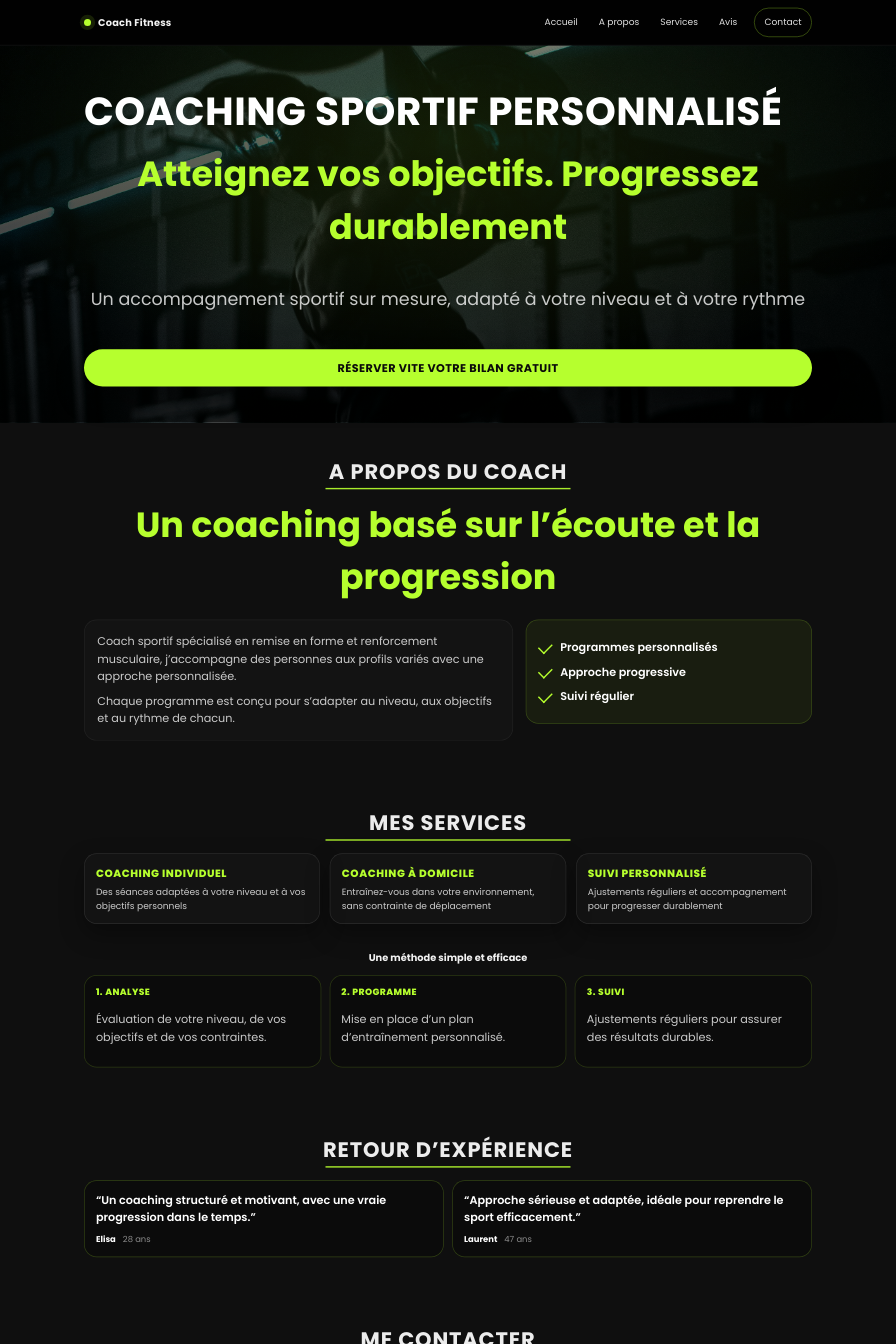
Repository: ThomasHdrd/CoachFitness
Page: index.html
These files come from the project's save history. The page is drawn as it stood at one moment and after a run of saves; the edit follows.
The browser window is 1280 px wide. The pictures show the part of the page from y = 0 to 1920 px (the page is 3549 px tall before and 3153 px after), at 70% of full size.

Above is the page before, as saved 2026-01-20 22:06:58.

### index.html
<!doctype html>
<html lang="fr">
<head>
  <meta charset="utf-8" />
  <meta name="viewport" content="width=device-width, initial-scale=1" />
  <title>Coach Fitness — Landing Page</title>

  <!-- Poppins -->
  <link rel="preconnect" href="https://fonts.googleapis.com">
  <link rel="preconnect" href="https://fonts.gstatic.com" crossorigin>
  <link href="https://fonts.googleapis.com/css2?family=Poppins:wght@300;400;500;600;700;800&display=swap" rel="stylesheet">

  <link rel="stylesheet" href="styles.css" />
</head>
<body>
  <!-- Header -->
  <header class="site-header" id="top">
    <div class="container header-inner">
      <a class="brand" href="#top" aria-label="Retour en haut">
        <span class="brand-dot" aria-hidden="true"></span>
        <span class="brand-text">Coach Fitness</span>
      </a>

      <button class="nav-toggle" aria-controls="site-nav" aria-expanded="false">
        <span class="sr-only">Ouvrir le menu</span>
        <span class="burger" aria-hidden="true"></span>
      </button>

      <nav class="site-nav" id="site-nav" aria-label="Navigation principale">
        <a class="nav-link" href="#accueil">Accueil</a>
        <a class="nav-link" href="#apropos">A propos</a>
        <a class="nav-link" href="#services">Services</a>
        <a class="nav-link" href="#avis">Avis</a>
        <a class="nav-link nav-cta" href="#contact">Contact</a>
      </nav>
    </div>
  </header>

  <main>
    <!-- HERO -->
    <section class="hero" id="accueil">
      <div class="hero-overlay" aria-hidden="true"></div>
      <div class="container hero-content">
        <p class="hero-kicker">Coaching sportif personnalisé</p>
        <h1 class="hero-title accent">Atteignez vos objectifs. Progressez durablement</h1>
        <p class="hero-subtitle">
          Un accompagnement sportif sur mesure, adapté à votre niveau et à votre rythme
        </p>
        <a class="btn btn-primary" href="#contact">RÉSERVER VITE VOTRE BILAN GRATUIT</a>
      </div>
    </section>

    <!-- A PROPOS -->
    <section class="section" id="apropos">
      <div class="container">
        <h2 class="section-title">A PROPOS DU COACH</h2>
        <h3 class="section-lead accent">Un coaching basé sur l’écoute et la progression</h3>

        <div class="about-grid">
          <div class="about-text">
            <p class="muted">
              Coach sportif spécialisé en remise en forme et renforcement musculaire, j’accompagne des personnes aux profils variés
              avec une approche personnalisée.
            </p>
            <p class="muted">
              Chaque programme est conçu pour s’adapter au niveau, aux objectifs et au rythme de chacun.
            </p>
          </div>

          <ul class="checks">
            <li>Programmes personnalisés</li>
            <li>Approche progressive</li>
            <li>Suivi régulier</li>
          </ul>
        </div>
      </div>
    </section>

    <!-- SERVICES -->
    <section class="section" id="services">
      <div class="container">
        <h2 class="section-title">MES SERVICES</h2>

        <div class="cards">
          <article class="card">
            <h3 class="card-title accent">COACHING INDIVIDUEL</h3>
            <p class="card-text">Des séances adaptées à votre niveau et à vos objectifs personnels</p>
          </article>

          <article class="card">
            <h3 class="card-title accent">COACHING À DOMICILE</h3>
            <p class="card-text">Entraînez-vous dans votre environnement, sans contrainte de déplacement</p>
          </article>

          <article class="card">
            <h3 class="card-title accent">SUIVI PERSONNALISÉ</h3>
            <p class="card-text">Ajustements réguliers et accompagnement pour progresser durablement</p>
          </article>
        </div>

        <div class="method">
          <h3 class="method-title">Une méthode simple et efficace</h3>

          <div class="method-steps">
            <div class="step">
              <div class="step-num accent">1. ANALYSE</div>
              <p class="muted">Évaluation de votre niveau, de vos objectifs et de vos contraintes.</p>
            </div>
            <div class="step">
              <div class="step-num accent">2. PROGRAMME</div>
              <p class="muted">Mise en place d’un plan d’entraînement personnalisé.</p>
            </div>
            <div class="step">
              <div class="step-num accent">3. SUIVI</div>
              <p class="muted">Ajustements réguliers pour assurer des résultats durables.</p>
            </div>
          </div>
        </div>
      </div>
    </section>

    <!-- AVIS -->
    <section class="section" id="avis">
      <div class="container">
        <h2 class="section-title">RETOUR D’EXPÉRIENCE</h2>

        <div class="testimonials">
          <figure class="testimonial">
            <blockquote>
              “Un coaching structuré et motivant, avec une vraie progression dans le temps.”
            </blockquote>
            <figcaption>
              <span class="name">Elisa</span>
              <span class="meta">28 ans</span>
            </figcaption>
          </figure>

          <figure class="testimonial">
            <blockquote>
              “Approche sérieuse et adaptée, idéale pour reprendre le sport efficacement.”
            </blockquote>
            <figcaption>
              <span class="name">Laurent</span>
              <span class="meta">47 ans</span>
            </figcaption>
          </figure>
        </div>
      </div>
    </section>

    <!-- CONTACT -->
    <section class="section" id="contact">
      <div class="container">
        <h2 class="section-title">ME CONTACTER</h2>
        <p class="contact-lead accent">
          Vous souhaitez démarrer un accompagnement ou poser une question ?<br />
          N’hésitez pas à me contacter.
        </p>

        <form class="form" id="contactForm" novalidate>
          <div class="field">
            <label for="nom">Nom</label>
            <input id="nom" name="nom" type="text" autocomplete="family-name" required />
            <small class="error" data-error-for="nom"></small>
          </div>

          <div class="field">
            <label for="prenom">Prénom</label>
            <input id="prenom" name="prenom" type="text" autocomplete="given-name" required />
            <small class="error" data-error-for="prenom"></small>
          </div>

          <div class="field">
            <label for="email">Email</label>
            <input id="email" name="email" type="email" autocomplete="email" required />
            <small class="error" data-error-for="email"></small>
          </div>

          <div class="field">
            <label for="message">Message</label>
            <textarea id="message" name="message" rows="5" required></textarea>
            <small class="error" data-error-for="message"></small>
          </div>

          <button class="btn btn-primary btn-wide" type="submit">ENVOYER</button>
          <p class="form-note muted" id="formStatus" role="status" aria-live="polite"></p>
        </form>
      </div>
    </section>

    <!-- FAQ -->
    <section class="section" id="faq">
      <div class="container">
        <h2 class="section-title">QUESTIONS FRÉQUENTES</h2>

        <div class="faq">
          <details class="faq-item" open>
            <summary>À qui s’adresse le coaching ?</summary>
            <div class="faq-body muted">
              Le coaching s’adresse à toute personne souhaitant reprendre le sport, améliorer sa condition physique ou atteindre un objectif précis
              (remise en forme, renforcement musculaire, perte de poids, bien-être). Les programmes sont adaptés au niveau, au rythme et aux contraintes de chacun.
            </div>
          </details>

          <details class="faq-item">
            <summary>Faut-il déjà être sportif pour commencer ?</summary>
            <div class="faq-body muted">
              Non. Le coaching s’adapte à votre niveau actuel. La progression est construite étape par étape, avec une intensité ajustée.
            </div>
          </details>

          <details class="faq-item">
            <summary>Comment se déroule le suivi ?</summary>
            <div class="faq-body muted">
              Après une analyse de votre situation, un programme personnalisé est mis en place puis ajusté régulièrement selon vos retours et votre progression.
            </div>
          </details>

          <details class="faq-item">
            <summary>Le coaching se fait-il à domicile ou en salle ?</summary>
            <div class="faq-body muted">
              Les deux sont possibles. Le format dépend de vos préférences, de votre matériel et de vos contraintes de planning.
            </div>
          </details>

          <details class="faq-item">
            <summary>Le premier échange est-il gratuit ?</summary>
            <div class="faq-body muted">
              Oui. Le premier échange permet de comprendre votre besoin et de déterminer l’accompagnement le plus adapté, sans engagement.
            </div>
          </details>
        </div>
      </div>
    </section>
  </main>

  <!-- Footer -->
  <footer class="site-footer">
    <div class="container footer-inner">
      <p class="footer-tag muted">Coaching personnalisé • Progression durable • Bien-être</p>
      <p class="footer-copy muted">© 2026 Coach Sportif Indépendant • Tous droits réservés.</p>
    </div>
  </footer>

  <script src="app.js" defer></script>
</body>
</html>

### styles.css
:root{
  --bg: #0F0F0F;            /* demandé */
  --bar: rgba(0,0,0,.90);   /* header/footer */
  --accent: #B6FF2E;        /* demandé */
  --text: #FFFFFF;
  --muted: rgba(255,255,255,.78);
  --muted2: rgba(255,255,255,.62);
  --line: rgba(182,255,46,.38);
  --card: rgba(255,255,255,.04);
  --shadow: 0 16px 40px rgba(0,0,0,.45);
  --radius: 14px;
  --radius-lg: 18px;
  --max: 1040px;
}

*{ box-sizing: border-box; }
html{ scroll-behavior: smooth; }
body{
  margin:0;
  font-family: "Poppins", system-ui, -apple-system, Segoe UI, Roboto, Arial, sans-serif;
  background: var(--bg);
  color: var(--text);
}

.container{
  width:min(100% - 40px, var(--max));
  margin-inline:auto;
}

.sr-only{
  position:absolute;
  width:1px;height:1px;
  padding:0;margin:-1px;
  overflow:hidden;clip:rect(0,0,0,0);
  white-space:nowrap;border:0;
}

/* Header */
.site-header{
  position: sticky;
  top: 0;
  z-index: 50;
  background: var(--bar);
  backdrop-filter: blur(8px);
  border-bottom: 1px solid rgba(255,255,255,.06);
}

.header-inner{
  height: 64px;
  display:flex;
  align-items:center;
  justify-content:space-between;
  gap: 14px;
}

.brand{
  display:flex;
  align-items:center;
  gap:10px;
  text-decoration:none;
  color: var(--text);
  font-weight: 700;
  letter-spacing:.3px;
}
.brand-dot{
  width:10px;height:10px;
  border-radius:999px;
  background: var(--accent);
  box-shadow: 0 0 0 6px rgba(182,255,46,.12);
}
.brand-text{ font-size: 14px; opacity:.95; }

.site-nav{
  display:flex;
  align-items:center;
  gap: 18px;
}
.nav-link{
  color: var(--text);
  text-decoration:none;
  font-size: 13px;
  opacity: .88;
  transition: opacity .2s ease, color .2s ease;
  padding: 10px 6px;
}
.nav-link:hover{ opacity:1; color: var(--accent); }

.nav-cta{
  border: 1px solid rgba(182,255,46,.45);
  border-radius: 999px;
  padding: 10px 14px;
}
.nav-cta:hover{
  background: rgba(182,255,46,.10);
}

/* Mobile nav */
.nav-toggle{
  display:none;
  border:0;
  background: transparent;
  color: var(--text);
  padding: 10px;
  border-radius: 10px;
}
.nav-toggle:hover{ background: rgba(255,255,255,.06); }
.burger{
  width: 22px; height: 2px;
  display:block;
  background: var(--text);
  position: relative;
}
.burger::before,.burger::after{
  content:"";
  position:absolute;
  left:0;
  width:22px;height:2px;
  background: var(--text);
}
.burger::before{ top:-7px; }
.burger::after{ top:7px; }

/* Hero */
.hero{
  position: relative;
  min-height: 50vh;
  display:flex;
  align-items:center;
  padding: 52px 0;
  background:
    linear-gradient(180deg, rgba(0,0,0,.55), rgba(0,0,0,.88)),
    url("assets/hero.jpg") center/cover no-repeat;
  background-position: center 30%;
}
.hero-overlay{
  position:absolute;
  inset:0;
  background: radial-gradient(1200px 600px at 50% 25%, rgba(182,255,46,.10), transparent 60%);
  pointer-events:none;
}
.hero-content{
  position:relative;
  text-align:center;
}
.hero-kicker{
  margin:0 0 10px;
  font-size: 56px;
  max-width: fit-content;
  letter-spacing: .6px;
  text-transform: uppercase;
  font-weight: bold;
}
.hero-title{
  margin: 0 auto;
  font-size: 40px;
  max-width: fit-content;
  margin:0 0 10px;
}
.hero-title .accent{
  display:block;
  color: var(--accent);
  font-weight: 800;
  text-transform:none;
  margin-top: 8px;
  max-width: fit-content;
}
.hero-subtitle{
  margin: 16px auto 22px;
  padding-top: 30px;
  color: var(--muted);
  font-size: 25px;
  line-height: 1.55;
  padding-bottom: 30px;
}

/* Buttons */
.btn{
  display:inline-flex;
  align-items:center;
  justify-content:center;
  gap:10px;
  text-decoration:none;
  border: 0;
  cursor:pointer;
  font-weight: 700;
  letter-spacing: .6px;
  text-transform: uppercase;
  border-radius: 999px;
  padding: 14px 18px;
  box-shadow: var(--shadow);
}
.btn-primary{
  background: var(--accent);
  color: #0A0A0A;
  width: 100%;
}
.btn-primary:hover{
  background: transparent;
  border: 1px solid var(--accent);
  color: var(--accent);
  filter: brightness(.95);
}
.btn-wide{ width: 100%; margin-top: 10px; }

/* Sections */
.section{
  padding: 48px 0;
}
.section-title{
  text-align:center;
  margin: 0 0 14px;
  font-size: 30px;
  letter-spacing: 1.2px;
  text-transform: uppercase;
  opacity: .92;
}
.section-title::after {
    content: "";
    display: block;
    width: 350px;
    height: 2px;
    background-color: var(--accent);
    margin: 0 auto 0;
}
.section-lead{
  text-align:center;
  margin: 0 0 22px;
  font-size: 25px;
  font-weight: 700;
}
.accent{ color: var(--accent); font-size: 50px;}
.muted{ color: var(--muted); }
.muted2{ color: var(--muted2); }

/* About */
.about-grid{
  display:grid;
  gap: 18px;
  align-items:start;
}
.about-text{
  background: rgba(255,255,255,.02);
  border: 1px solid rgba(255,255,255,.06);
  border-radius: var(--radius-lg);
  padding: 18px;
}
.about-text p{ margin: 0 0 10px; }
.about-text p:last-child{ margin-bottom: 0; }

.checks{
  list-style:none;
  margin:0;
  padding: 16px 18px;
  border-radius: var(--radius-lg);
  border: 1px solid rgba(182,255,46,.20);
  background: rgba(182,255,46,.06);
}
.checks li{
  position: relative;
  padding-left: 30px;
  margin: 10px 0;
  font-weight: 600;
}
.checks li::before{
  content:"";
  position:absolute;
  left:0; top: 6px;
  width: 16px; height: 10px;
  border-left: 2px solid var(--accent);
  border-bottom: 2px solid var(--accent);
  transform: rotate(-45deg);
}

/* Cards */
.cards{
  display:grid;
  gap: 14px;
  margin-top: 18px;
}
.card{
  background: rgba(255,255,255,.02);
  border: 1px solid rgba(255,255,255,.10);
  border-radius: var(--radius-lg);
  padding: 16px 16px 14px;
  box-shadow: 0 14px 34px rgba(0,0,0,.35);
}
.card-title{
  margin:0 0 6px;
  font-size: 15px;
  font-weight: 800;
  text-transform: uppercase;
  letter-spacing: .8px;
}
.card-text{
  margin:0;
  color: var(--muted);
  font-size: 13px;
  line-height: 1.55;
}

/* Method */
.method{
  margin-top: 26px;
  padding-top: 12px;
}
.method-title{
  text-align:center;
  margin: 0 0 14px;
  font-size: 14px;
  font-weight: 700;
  opacity: .95;
}
.method-steps{
  display:grid;
  gap: 12px;
}
.step{
  border: 1px solid rgba(182,255,46,.18);
  background: rgba(0,0,0,.25);
  border-radius: var(--radius-lg);
  padding: 14px 16px;
}
.step-num{
  font-weight: 800;
  letter-spacing: .6px;
  text-transform: uppercase;
  font-size: 13px;
  margin-bottom: 6px;
}

/* Testimonials */
.testimonials{
  display:grid;
  gap: 12px;
  margin-top: 18px;
}
.testimonial{
  margin:0;
  border: 1px solid rgba(182,255,46,.22);
  background: rgba(0,0,0,.25);
  border-radius: var(--radius-lg);
  padding: 16px;
}
.testimonial blockquote{
  margin:0 0 10px;
  color: var(--text);
  font-weight: 600;
  line-height: 1.5;
}
.testimonial figcaption{
  display:flex;
  gap: 10px;
  align-items:baseline;
  color: var(--muted2);
  font-size: 12px;
}
.testimonial .name{ color: var(--text); font-weight: 700; }
.testimonial .meta{ opacity:.85; }

/* Form */
.form{
  margin-top: 18px;
  border-radius: var(--radius-lg);
  border: 1px solid rgba(255,255,255,.08);
  background: rgba(0,0,0,.25);
  padding: 16px;
}
.field{ margin-bottom: 12px; }
label{
  display:block;
  font-size: 12px;
  font-weight: 700;
  letter-spacing: .4px;
  margin-bottom: 8px;
  color: var(--accent);
  text-transform: uppercase;
}
input, textarea{
  width:100%;
  font-family: inherit;
  font-size: 14px;
  color: #0A0A0A;
  background: #FFFFFF;
  border: 1px solid rgba(0,0,0,.12);
  border-radius: 10px;
  padding: 12px 12px;
  outline: none;
}
textarea{ resize: vertical; min-height: 110px; }
input:focus, textarea:focus{
  box-shadow: 0 0 0 4px rgba(182,255,46,.20);
  border-color: rgba(182,255,46,.55);
}
.error{
  display:block;
  min-height: 16px;
  margin-top: 6px;
  font-size: 12px;
  color: #FF6B6B;
}
.form-note{
  margin: 10px 0 0;
  font-size: 12px;
}

/* FAQ */
.faq{
  margin-top: 18px;
  border-radius: var(--radius-lg);
  overflow:hidden;
  border: 1px solid rgba(182,255,46,.16);
  background: rgba(0,0,0,.25);
}
.faq-item{
  border-top: 1px solid rgba(182,255,46,.12);
}
.faq-item:first-child{ border-top: 0; }
.faq-item summary{
  list-style:none;
  cursor:pointer;
  padding: 14px 16px;
  font-weight: 700;
  font-size: 13px;
  position: relative;
}
.faq-item summary::-webkit-details-marker{ display:none; }
.faq-item summary::after{
  content:"+";
  position:absolute;
  right: 16px;
  top: 10px;
  width: 28px; height: 28px;
  display:grid;
  place-items:center;
  border-radius: 999px;
  color: var(--accent);
  border: 1px solid rgba(182,255,46,.28);
  background: rgba(182,255,46,.08);
}
.faq-item[open] summary::after{ content:"–"; }
.faq-body{
  padding: 0 16px 16px;
  font-size: 13px;
  line-height: 1.6;
}

/* Footer */
.site-footer{
  background: var(--bar);
  border-top: 1px solid rgba(255,255,255,.06);
  padding: 18px 0;
}
.footer-inner{
  text-align:center;
  display:grid;
  gap: 8px;
}
.footer-tag, .footer-copy{
  margin:0;
  font-size: 12px;
}

/* Responsive */
@media (min-width: 820px){
  .hero-content{ text-align:center; }
  .about-grid{
    grid-template-columns: 1.2fr .8fr;
    gap: 18px;
  }
  .cards{
    grid-template-columns: repeat(3, 1fr);
  }
  .method-steps{
    grid-template-columns: repeat(3, 1fr);
  }
  .testimonials{
    grid-template-columns: repeat(2, 1fr);
  }
}

/* Mobile nav behavior */
@media (max-width: 760px){
  .nav-toggle{ display:inline-flex; }
  .site-nav{
    position: fixed;
    inset: 64px 12px auto 12px;
    background: rgba(0,0,0,.95);
    border: 1px solid rgba(255,255,255,.08);
    border-radius: 16px;
    padding: 12px;
    display:none;
    flex-direction: column;
    gap: 6px;
    box-shadow: 0 18px 50px rgba(0,0,0,.6);
  }
  .site-nav.is-open{ display:flex; }
  .nav-link{ width:100%; text-align:center; padding: 12px; }
  .nav-cta{ width:100%; }
}

### app.js
// Mobile menu toggle
const toggle = document.querySelector('.nav-toggle');
const nav = document.querySelector('#site-nav');

if (toggle && nav) {
  toggle.addEventListener('click', () => {
    const isOpen = nav.classList.toggle('is-open');
    toggle.setAttribute('aria-expanded', String(isOpen));
  });

  // Close menu on link click (mobile)
  nav.querySelectorAll('a').forEach(a => {
    a.addEventListener('click', () => {
      nav.classList.remove('is-open');
      toggle.setAttribute('aria-expanded', 'false');
    });
  });

  // Close on ESC
  document.addEventListener('keydown', (e) => {
    if (e.key === 'Escape') {
      nav.classList.remove('is-open');
      toggle.setAttribute('aria-expanded', 'false');
    }
  });
}

// FAQ: allow only one open at a time (optional premium behavior)
const faqItems = document.querySelectorAll('.faq-item');
faqItems.forEach((item) => {
  item.addEventListener('toggle', () => {
    if (item.open) {
      faqItems.forEach((other) => {
        if (other !== item) other.open = false;
      });
    }
  });
});

// Contact form validation (front only, demo)
const form = document.getElementById('contactForm');
const statusEl = document.getElementById('formStatus');

function setError(name, message) {
  const el = document.querySelector(`[data-error-for="${name}"]`);
  if (el) el.textContent = message || '';
}

function isEmail(v) {
  return /^[^\s@]+@[^\s@]+\.[^\s@]+$/.test(v);
}

if (form) {
  form.addEventListener('submit', (e) => {
    e.preventDefault();

    const data = new FormData(form);
    const nom = String(data.get('nom') || '').trim();
    const prenom = String(data.get('prenom') || '').trim();
    const email = String(data.get('email') || '').trim();
    const message = String(data.get('message') || '').trim();

    let ok = true;

    setError('nom', '');
    setError('prenom', '');
    setError('email', '');
    setError('message', '');
    if (statusEl) statusEl.textContent = '';

    if (!nom) { setError('nom', 'Veuillez renseigner votre nom.'); ok = false; }
    if (!prenom) { setError('prenom', 'Veuillez renseigner votre prénom.'); ok = false; }
    if (!email || !isEmail(email)) { setError('email', 'Veuillez renseigner un email valide.'); ok = false; }
    if (!message || message.length < 10) { setError('message', 'Veuillez écrire un message (min. 10 caractères).'); ok = false; }

    if (!ok) return;

    // Demo success
    form.reset();
    if (statusEl) statusEl.textContent = "Message envoyé (démo). Je reviens vers vous au plus vite.";
  });
}

After the next 2 saves:
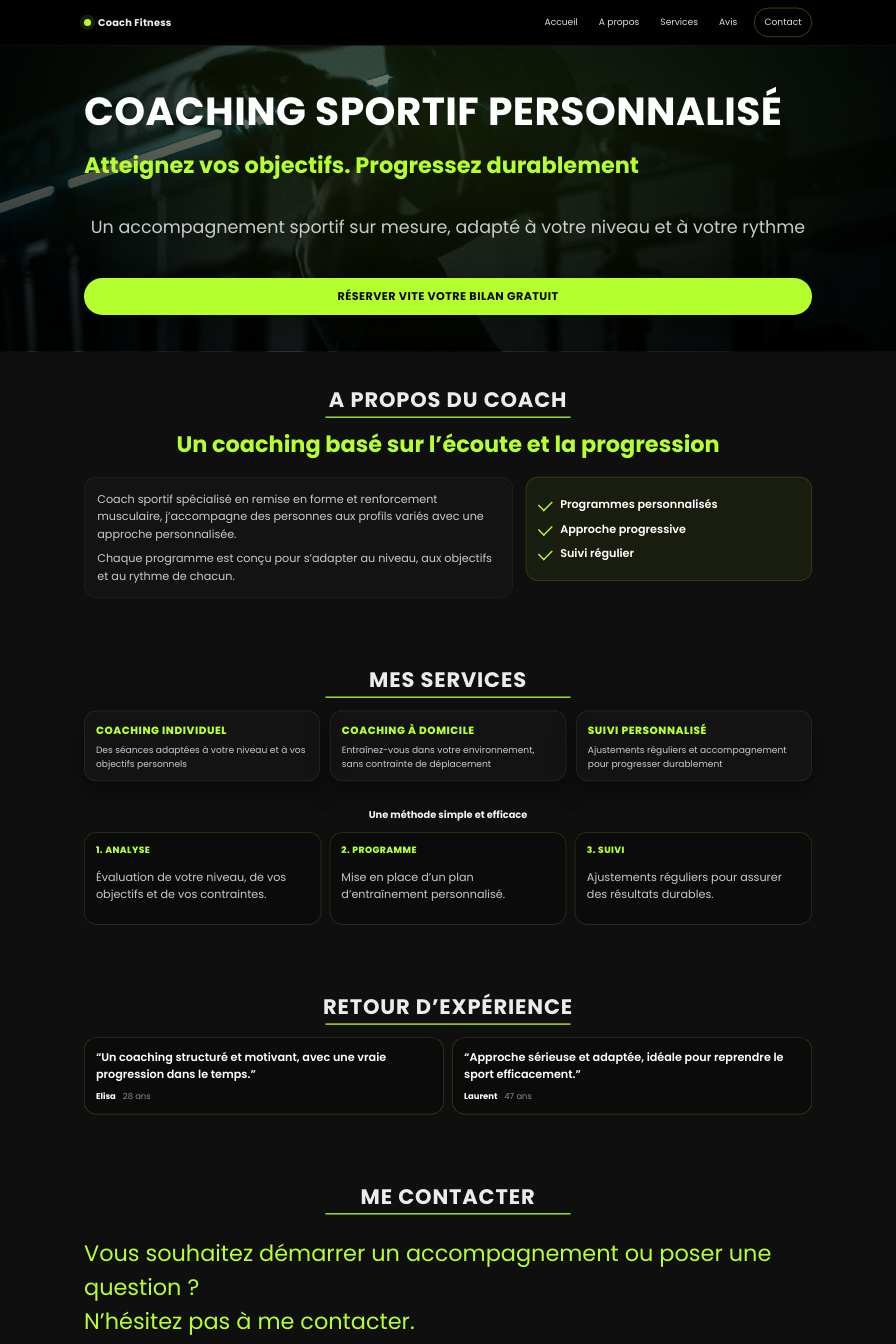
The 2 saves are shown as one change because they came seconds apart.
The last was saved 7 s later.
--- a/styles.css
+++ b/styles.css
@@ -228,7 +228,7 @@ body{
   font-size: 25px;
   font-weight: 700;
 }
-.accent{ color: var(--accent); font-size: 50px;}
+.accent{ color: var(--accent); font-size: 32px;}
 .muted{ color: var(--muted); }
 .muted2{ color: var(--muted2); }
 
